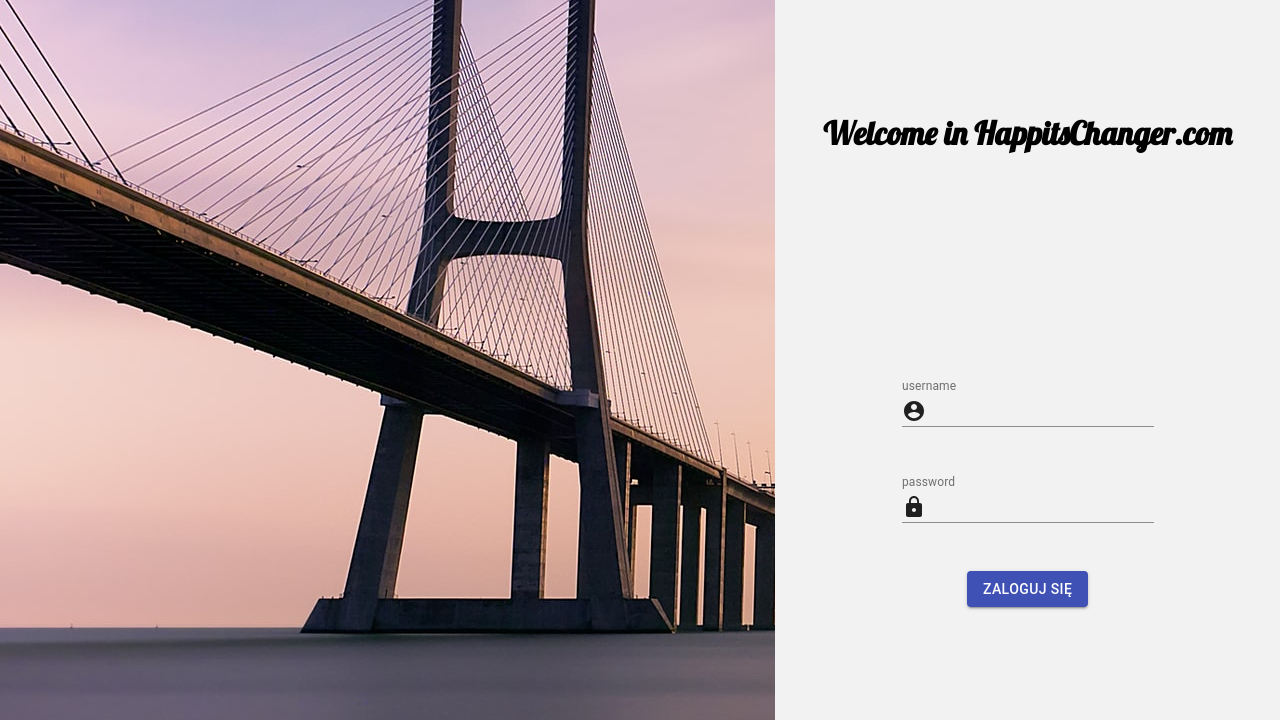
Repository: pgruca96/HappitsChanger
Page: /
These files come from the project's save history. The page is drawn as it stood at one moment and after the next save; the edit follows.
The browser window is 1280 px wide. The pictures show the whole page.
The project was rebuilt for these pictures with package versions that can differ from the ones it lists, and the page was loaded fresh each time.

Above is the page before, as saved 2020-10-24 12:32:33.

### public/index.html
<!DOCTYPE html>
<html lang="en">

<head>
  <meta charset="utf-8" />
  <link rel="icon" href="%PUBLIC_URL%/favicon.ico" />
  <meta name="viewport" content="width=device-width, initial-scale=1" />
  <meta name="theme-color" content="#000000" />
  <meta name="description" content="Web site created using create-react-app" />
  <link href="https://fonts.googleapis.com/css?family=Lobster" rel="stylesheet" type="text/css">
  <link rel="apple-touch-icon" href="%PUBLIC_URL%/logo192.png" />
  <!--
      manifest.json provides metadata used when your web app is installed on a
      user's mobile device or desktop. See https://developers.google.com/web/fundamentals/web-app-manifest/
    -->
  <link rel="manifest" href="%PUBLIC_URL%/manifest.json" />
  <!--
      Notice the use of %PUBLIC_URL% in the tags above.
      It will be replaced with the URL of the `public` folder during the build.
      Only files inside the `public` folder can be referenced from the HTML.

      Unlike "/favicon.ico" or "favicon.ico", "%PUBLIC_URL%/favicon.ico" will
      work correctly both with client-side routing and a non-root public URL.
      Learn how to configure a non-root public URL by running `npm run build`.
    -->
  <title>React App</title>
</head>

<body>
  <noscript>You need to enable JavaScript to run this app.</noscript>
  <div id="root"></div>
  <!--
      This HTML file is a template.
      If you open it directly in the browser, you will see an empty page.

      You can add webfonts, meta tags, or analytics to this file.
      The build step will place the bundled scripts into the <body> tag.

      To begin the development, run `npm start` or `yarn start`.
      To create a production bundle, use `npm run build` or `yarn build`.
    -->
</body>

</html>

### src/App.js
import "./App.css";
import { BrowserRouter as Router, Route } from "react-router-dom";
import LoginPage from "./containers/loginPage";

const App = () => {
  return (
    <div className="app">
      <Router>
        <Route path="/" exact component={LoginPage} />
      </Router>
    </div>
  );
};

export default App;

### src/App.css
*,
*::before,
*::after {
  margin: 0;
  padding: 0;
  box-sizing: border-box;
}

.app {
  min-width: 100vw;
  min-height: 100vh;
}

### src/containers/loginPage/index.js
import React from "react";
import LoginForm from "../../components/form/index";
import { LoginPageContainer } from "../../styles/LoginPage";

const LoginPage = () => {
  return (
    <LoginPageContainer>
      <LoginForm />
    </LoginPageContainer>
  );
};

export default LoginPage;

### src/components/form/index.js
import React from "react";
import TextField from "@material-ui/core/TextField";
import InputAdornment from "@material-ui/core/InputAdornment";
import AccountCircle from "@material-ui/icons/AccountCircle";
import LockIcon from "@material-ui/icons/Lock";
import Button from "@material-ui/core/Button";
import { useStyles } from "../../styles/Form";
import { Header } from "../../styles/h2";
import { ColumnCenter } from "../../styles/columnCenter";

const LoginForm = () => {
  const { form, margin } = useStyles();
  return (
    <form className={form}>
      <Header className={margin}>Welcome in HappitsChanger.com</Header>
      <ColumnCenter>
        <TextField
          className={margin}
          id="username"
          label="username"
          placement="top"
          InputProps={{
            startAdornment: (
              <InputAdornment position="start">
                <AccountCircle />
              </InputAdornment>
            ),
          }}
        />
        <TextField
          className={margin}
          id="password"
          label="password"
          InputProps={{
            startAdornment: (
              <InputAdornment position="start">
                <LockIcon />
              </InputAdornment>
            ),
          }}
        />
        <Button variant="contained" color="primary" className={margin}>
          Zaloguj się
        </Button>
      </ColumnCenter>
    </form>
  );
};

export default LoginForm;

### src/styles/LoginPage.js
import styled from "styled-components";
import background from "../assets/login-background.jpg";

export const LoginPageContainer = styled.div`
  display: flex;
  justify-content: flex-end;
  background: url(${background}) left;
  width: 100vw;
  height: 100vh;
`;

### src/styles/Form.js
import { makeStyles } from "@material-ui/core/styles";

export const ColumnCenter = {
  display: "flex",
  flexDirection: "column",
  justifyContent: "center",
  alignItems: "center",
};

export const useStyles = makeStyles((theme) => ({
  form: {
    background: "#f2f2f2",
    display: "flex",
    flexDirection: "column",
    justifyContent: "space-around",
    alignItems: "center",
  },
  margin: {
    margin: theme.spacing(3, 6),
  },
}));

### src/styles/h2.js
import styled from "styled-components";

export const Header = styled.h2`
  font-family: Lobster, open-sans;
  font-size: 2rem;
  text-align: center;
`;

### src/styles/columnCenter.js
import styled from "styled-components";

export const ColumnCenter = styled.div`
  display: flex;
  flex-direction: column;
  justify-content: space-around;
  align-items: center;
`;

Loaded but not shown: src/index.js (common file); src/index.css (common file); src/reportWebVitals.js (common file)

After the next save:
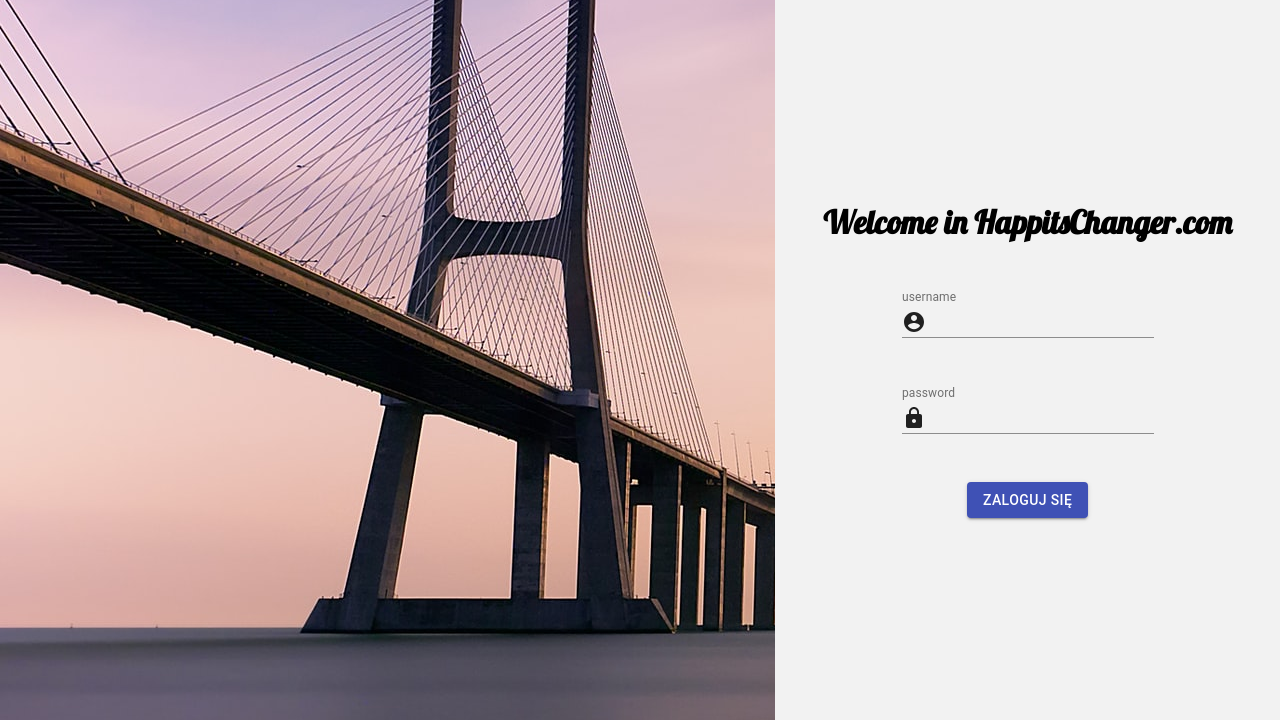
Saved 10 s later.
--- a/src/styles/Form.js
+++ b/src/styles/Form.js
@@ -12,7 +12,7 @@
     background: "#f2f2f2",
     display: "flex",
     flexDirection: "column",
-    justifyContent: "space-around",
+    justifyContent: "center",
     alignItems: "center",
   },
   margin: {
